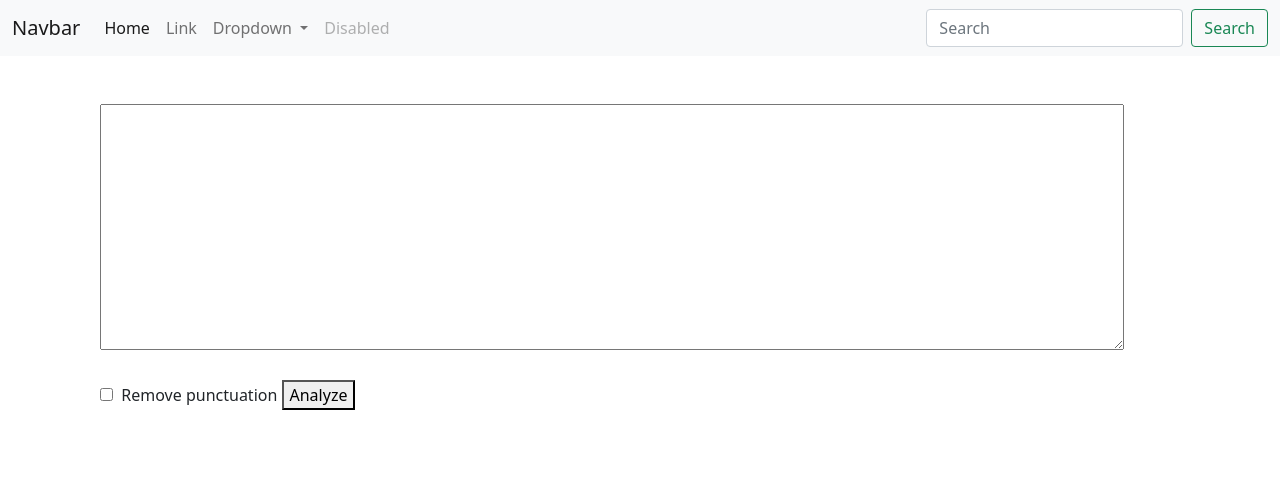
Repository: thenameisshreyank/Textutility
Page: http://localhost/
An editor plug-in stored every save of this project. The page is shown before and after the next save, followed by the edit.
The browser window is 1280 px wide. The pictures show the whole page.
The page is served by the project's application, run on Django 4.2 (manage.py).

Above is the page before, as saved 2022-04-12 08:41:55.

After the next save:
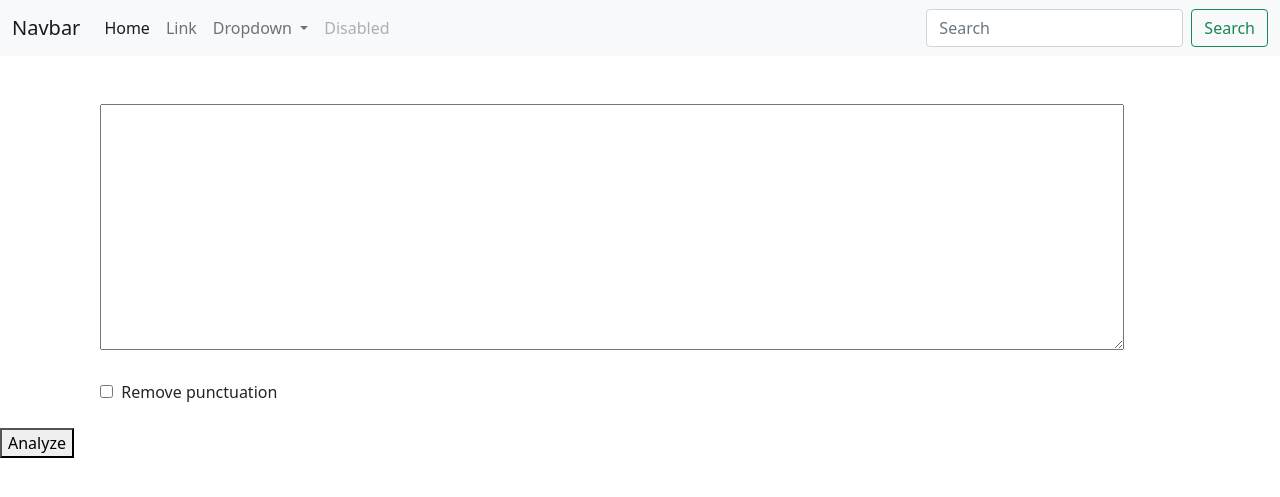
Saved 9 s later.
--- a/templates/index.html
+++ b/templates/index.html
@@ -60,7 +60,7 @@
       <form action="">
         <textarea name="text" id="text" cols="30" rows="10"></textarea><br><br>
         <input type="checkbox" id="rf" name="rf" value="Remove punctuation">&nbsp;&nbsp;Remove punctuation
-        <button type="submit">Analyze</button>
+        <br><br><button type="submit">Analyze</button>
       </form>
 </body>
 </html>
